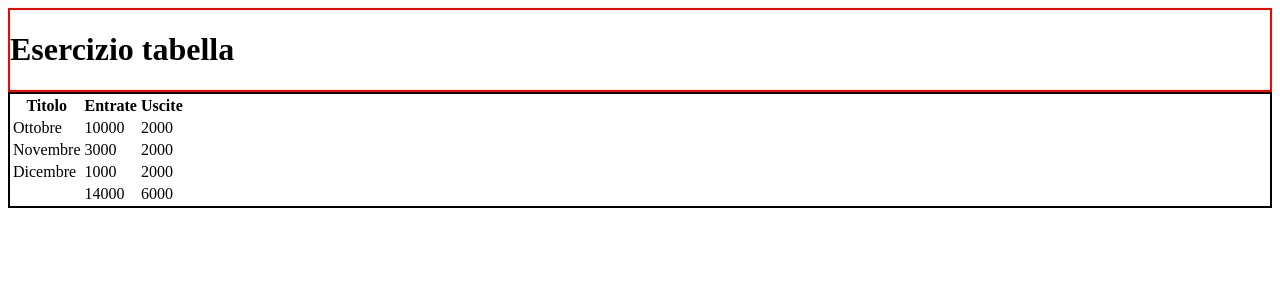
Repository: CryptoFamilyNFT/develhope
Page: html/start.html
The author's editor kept a copy of each file at every save. The page is drawn from the files as they stood at one save, then again after the next save.
The browser window is 1280 px wide. The pictures show the whole page.

Above is the page before, as saved 2024-10-31 12:11:18.

After the next save:
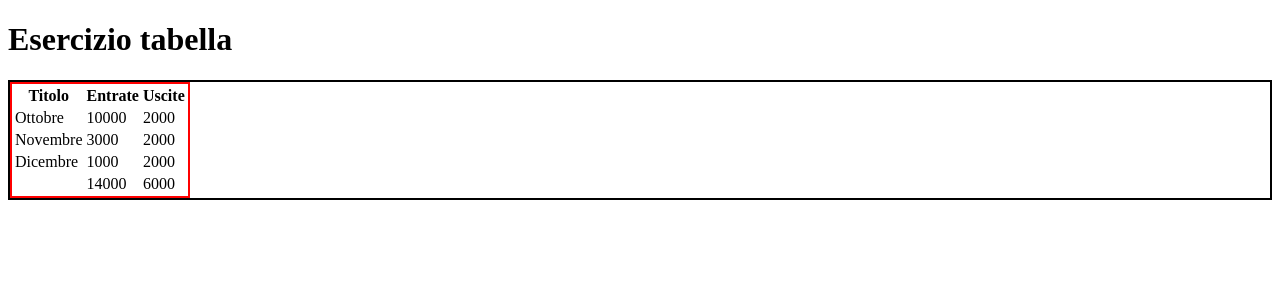
Saved 32 s later.
--- a/html/start.html
+++ b/html/start.html
@@ -8,7 +8,7 @@
     <title>Lezione HTML</title>
 
     <style>
-        header {
+        table {
             border: 2px solid red;
         }
 
